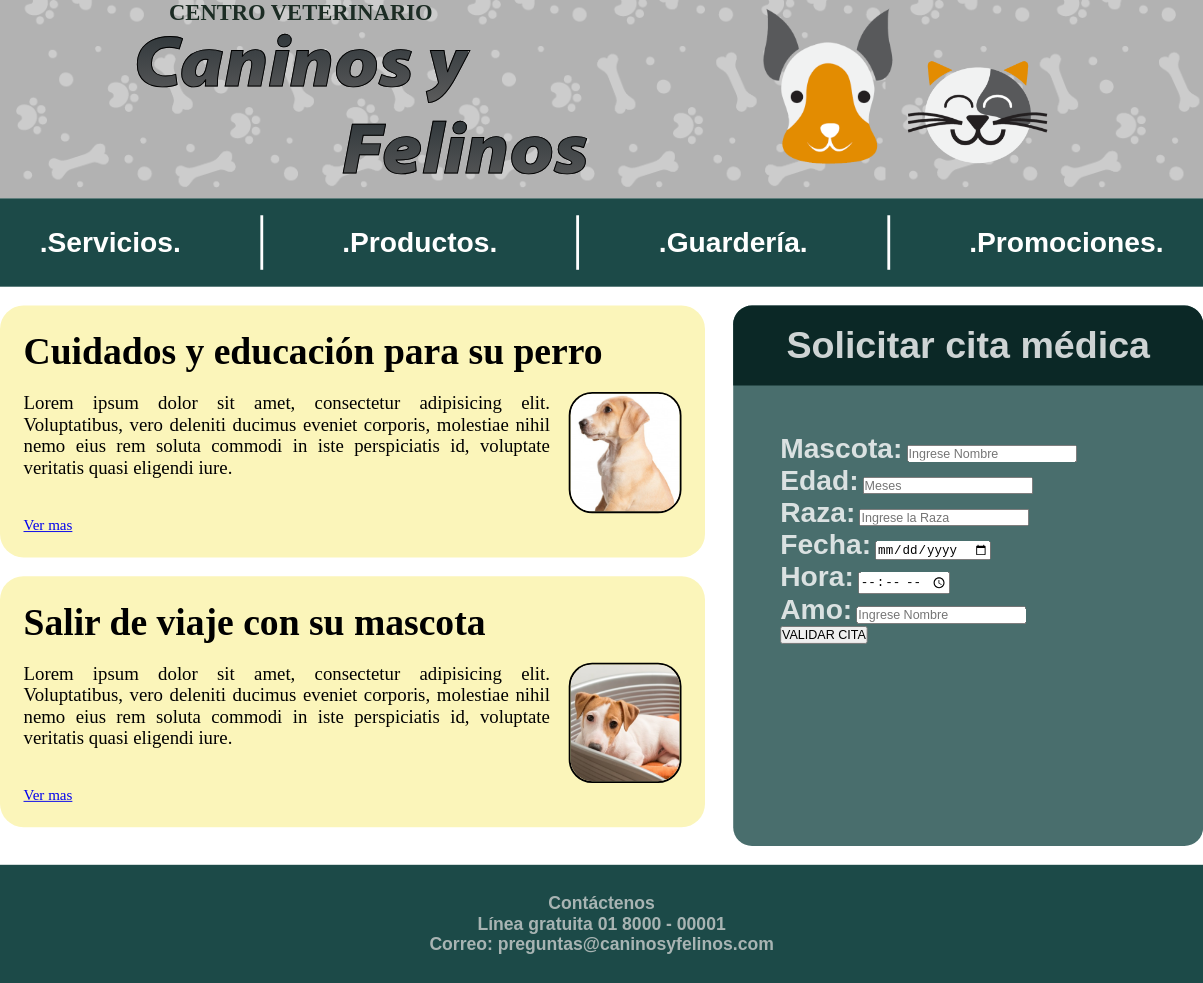
Repository: mariomr87/senaweb01
Page: principal.html
These files come from the project's save history. The page is drawn as it stood at one moment and after the next save; the edit follows.
The browser window is 1280 px wide. The pictures show the whole page, at 94% of full size.

Above is the page before, as saved 2021-10-23 13:34:37.

After the next save:
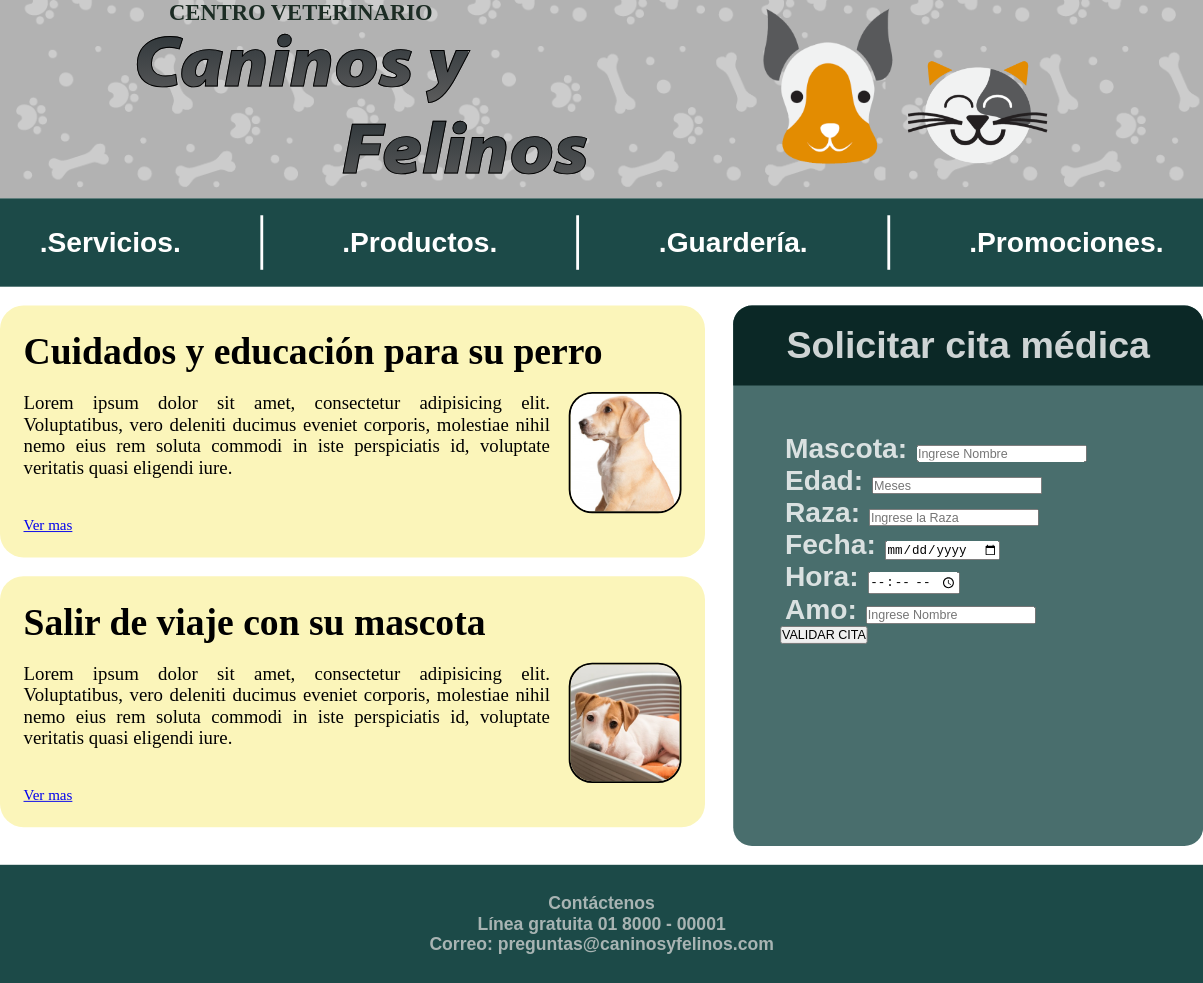
Saved 19 s later.
--- a/estilos.css
+++ b/estilos.css
@@ -127,7 +127,8 @@ aside{
 form label{
     font-weight:bold;
     font-size: 30px;
-    color: #dae1e1 ;
+    color: #dae1e1;
+    padding: 5px;
 }
 
 .cuestionario{
